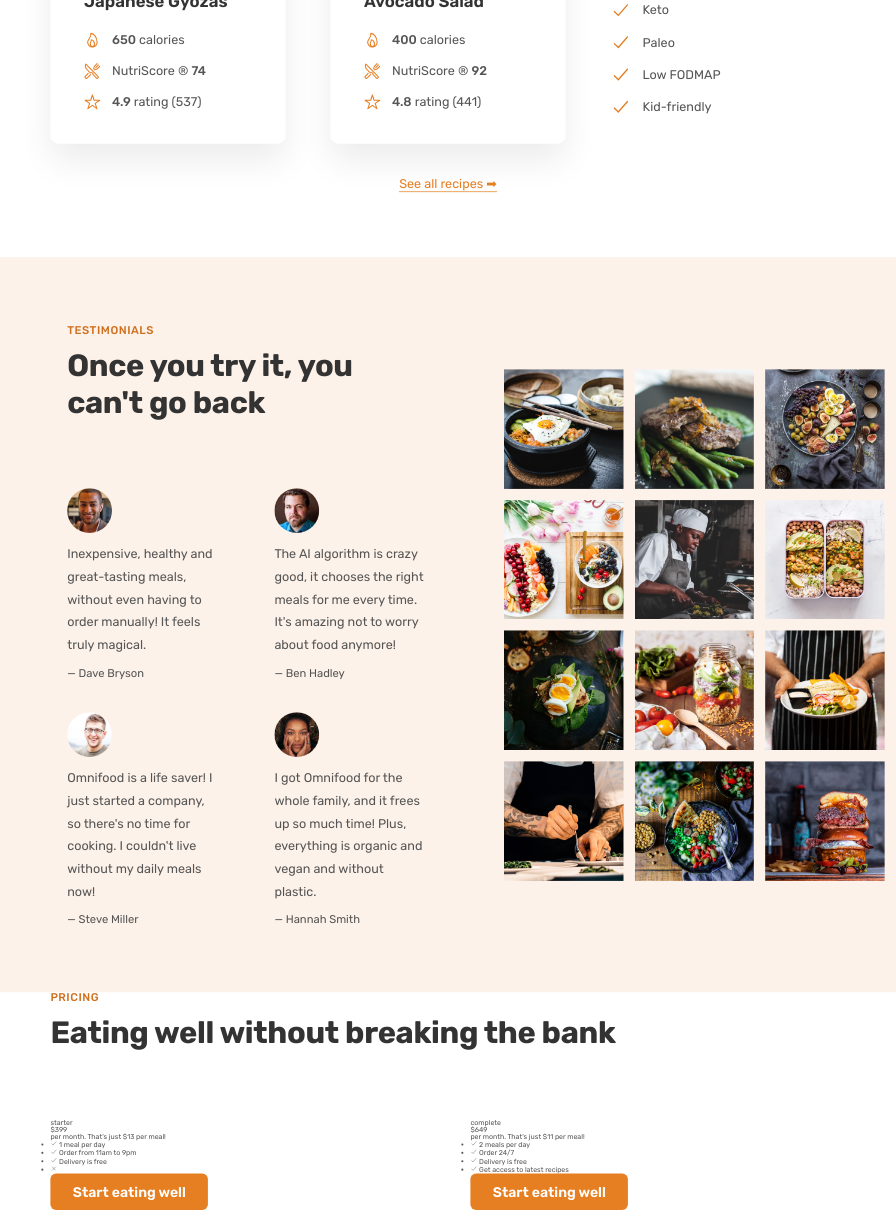
Repository: TranPhucThinh/Omnifood
Page: index.html
The author's editor kept a copy of each file at every save. The page is drawn from the files as they stood at one save, then again after the next save.
The browser window is 1280 px wide. The pictures show the part of the page from y = 3229 to 5149 px (the page is 4957 px tall before and 5149 px after), at 70% of full size.

Above is the page before, as saved 2022-08-06 22:32:53.

After the next save:
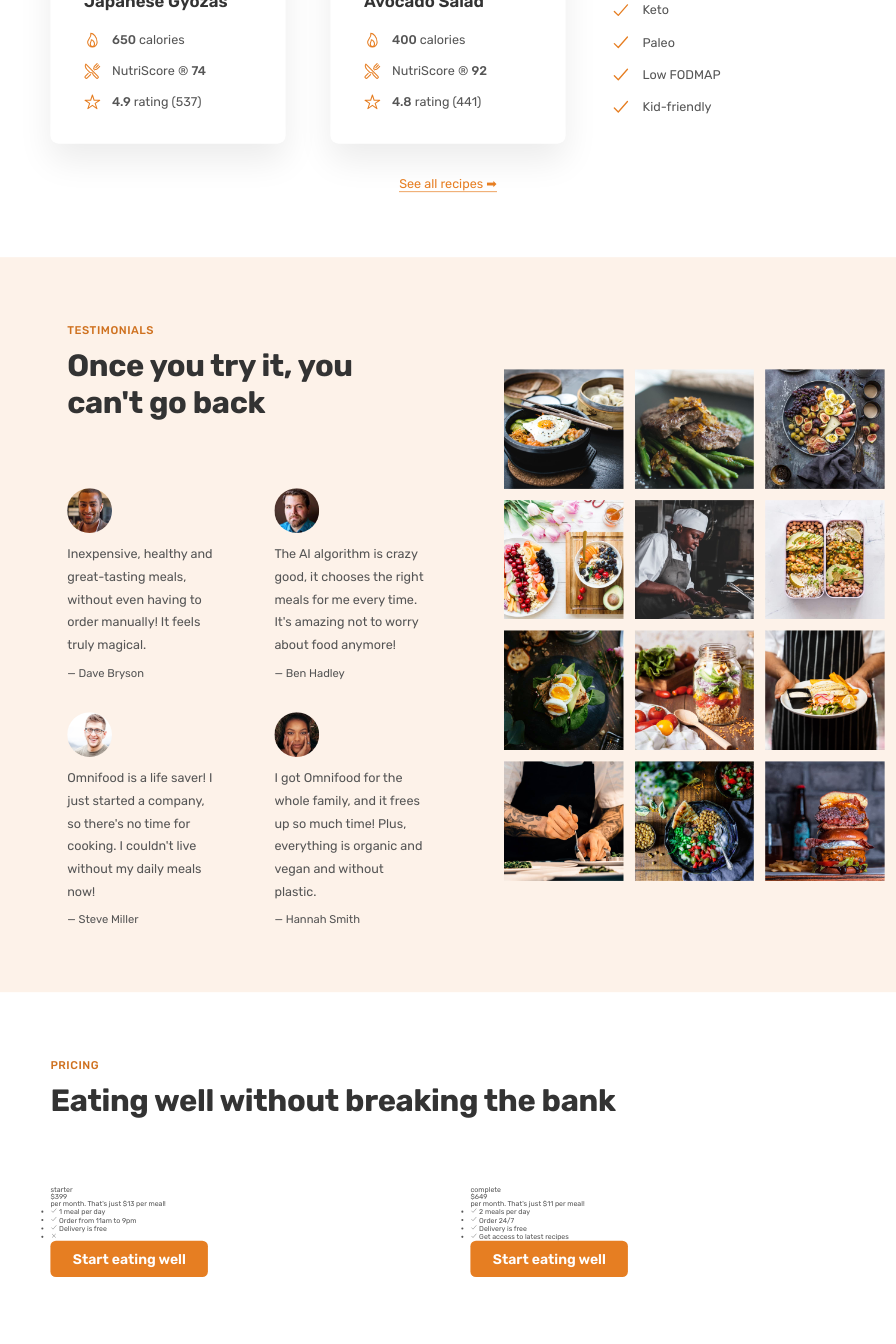
Saved 13 min 13 s later.
--- a/assets/styles/style.css
+++ b/assets/styles/style.css
@@ -352,3 +352,9 @@
   transform: scale(1.1);
 }
 /* End of Section Testimonials */
+
+/* Section Pricing */
+.section-pricing {
+  padding: 9.6rem 0;
+}
+/* End of Section Pricing */
